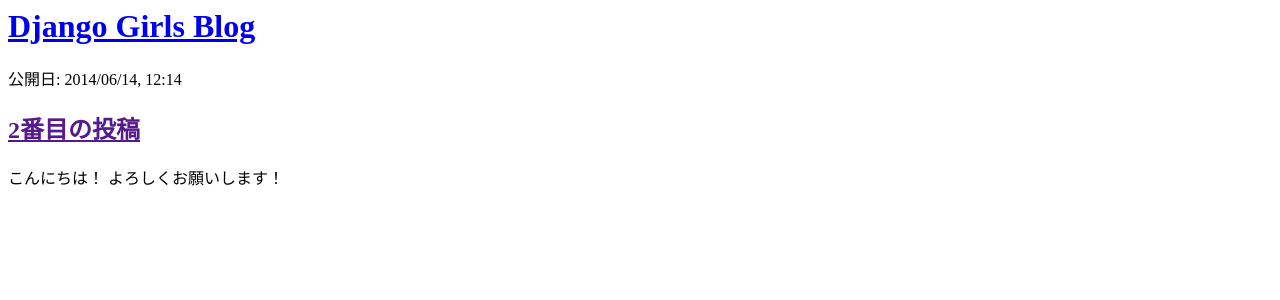
Repository: hira837/my-django-girls-app
Page: http://localhost/
The author's editor kept a copy of each file at every save. The page is drawn from the files as they stood at one save, then again after the next save.
The browser window is 1280 px wide. The pictures show the whole page.
The page is served by the project's application, run on Django 2.2 (manage.py). Queries for data that is not in the repository find no rows.

Above is the page before, as saved 2019-11-30 16:51:42.

After the next save:
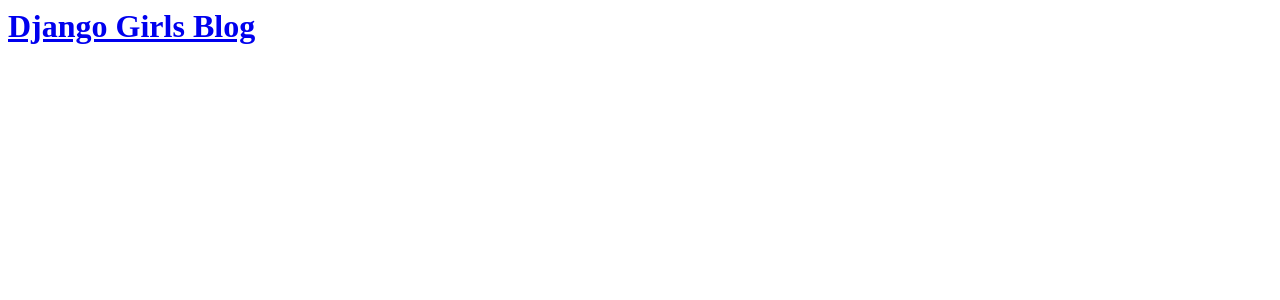
Saved 6 s later.
--- a/blog/templates/blog/post_list.html
+++ b/blog/templates/blog/post_list.html
@@ -15,11 +15,5 @@
       <p>{{ post.text|linebreaksbr }}</p>
     </div>
     {% endfor %}
-
-    <div>
-      <p>公開日: 2014/06/14, 12:14</p>
-      <h2><a href="">2番目の投稿</a></h2>
-      <p>こんにちは！ よろしくお願いします！</p>
-    </div>
   </body>
 </html>
